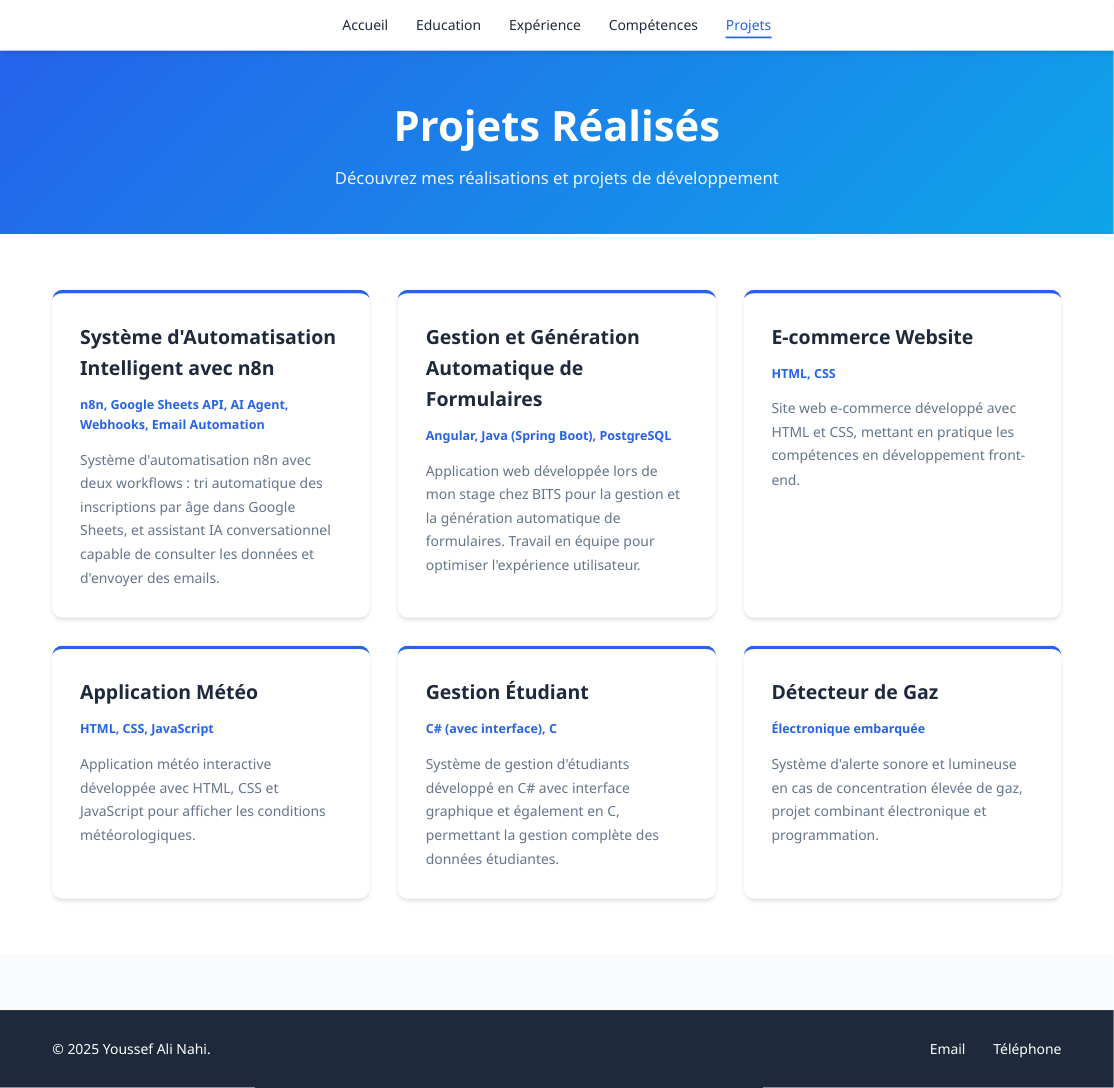
Repository: Youssef-Nahi504/My_Portfolio
Page: projets.html
The author's editor kept a copy of each file at every save. The page is drawn from the files as they stood at one save, then again after a run of saves.
The browser window is 1280 px wide. The pictures show the whole page, at 87% of full size.

Above is the page before, as saved 2025-12-19 18:44:39.

### projets.html
<!DOCTYPE html>
<html lang="fr">

<head>
    <meta charset="UTF-8">
    <meta name="viewport" content="width=device-width, initial-scale=1.0">
    <title>Projets - Youssef Ali Nahi</title>
    <link rel="stylesheet" href="style.css">
</head>

<body>
    <nav class="navbar">
        <div class="nav-container">
            <ul class="nav-menu">
                <li><a href="index.html">Accueil</a></li>
                <li><a href="Education.html">Education</a></li>
                <li><a href="experience.html">Expérience</a></li>
                <li><a href="competences.html">Compétences</a></li>
                <li><a href="projets.html" class="active">Projets</a></li>
            </ul>
            <div class="hamburger">
                <span></span>
                <span></span>
                <span></span>
            </div>
        </div>
    </nav>

    <main>
        <section class="page-header">
            <div class="container">
                <h1>Projets Réalisés</h1>
                <p>Découvrez mes réalisations et projets de développement</p>
            </div>
        </section>

        <section class="projects-section">
            <div class="container">
                <div class="projects-grid">
                    <div class="project-card">
                        <h3>Système d'Automatisation Intelligent avec n8n</h3>
                        <p class="project-tech">n8n, Google Sheets API, AI Agent, Webhooks, Email Automation</p>
                        <p class="project-description">
Système d'automatisation n8n avec deux workflows : tri automatique des inscriptions par âge dans Google Sheets, et assistant IA conversationnel capable de consulter les données et d'envoyer des emails.                        </p>
                    </div>

                    <div class="project-card">
                        <h3>Gestion et Génération Automatique de Formulaires</h3>
                        <p class="project-tech">Angular, Java (Spring Boot), PostgreSQL</p>
                        <p class="project-description">
                            Application web développée lors de mon stage chez BITS pour la gestion et la génération
                            automatique de formulaires. Travail en équipe pour optimiser l'expérience utilisateur.
                        </p>
                    </div>

                    <div class="project-card">
                        <h3>E-commerce Website</h3>
                        <p class="project-tech">HTML, CSS</p>
                        <p class="project-description">
                            Site web e-commerce développé avec HTML et CSS, mettant en pratique les compétences en
                            développement front-end.
                        </p>
                    </div>

                    <div class="project-card">
                        <h3>Application Météo</h3>
                        <p class="project-tech">HTML, CSS, JavaScript</p>
                        <p class="project-description">
                            Application météo interactive développée avec HTML, CSS et JavaScript pour afficher les
                            conditions météorologiques.
                        </p>
                    </div>

                    <div class="project-card">
                        <h3>Gestion Étudiant</h3>
                        <p class="project-tech">C# (avec interface), C</p>
                        <p class="project-description">
                            Système de gestion d'étudiants développé en C# avec interface graphique et également en C,
                            permettant la gestion complète des données étudiantes.
                        </p>
                    </div>

                    <div class="project-card">
                        <h3>Détecteur de Gaz</h3>
                        <p class="project-tech">Électronique embarquée</p>
                        <p class="project-description">
                            Système d'alerte sonore et lumineuse en cas de concentration élevée de gaz, projet combinant
                            électronique et programmation.
                        </p>
                    </div>
                </div>
            </div>
        </section>
    </main>

    <footer>
        <div class="container">
            <p>&copy; 2025 Youssef Ali Nahi.</p>
            <div class="footer-links">
                <a href="mailto:nahiyoussef02@gmail.com">Email</a>
                <a href="tel:+212619303473">Téléphone</a>
            </div>
        </div>
    </footer>

    <script src="file.js"></script>
</body>

</html>

### style.css
* {
    margin: 0;
    padding: 0;
    box-sizing: border-box;
}

:root {
    --primary-color: #2563eb;
    --primary-dark: #1e40af;
    --secondary-color: #64748b;
    --accent-color: #0ea5e9;
    --text-dark: #1e293b;
    --text-light: #64748b;
    --bg-light: #f8fafc;
    --bg-white: #ffffff;
    --border-color: #e2e8f0;
    --shadow: 0 4px 6px -1px rgba(0, 0, 0, 0.1), 0 2px 4px -1px rgba(0, 0, 0, 0.06);
    --shadow-lg: 0 10px 15px -3px rgba(0, 0, 0, 0.1), 0 4px 6px -2px rgba(0, 0, 0, 0.05);
}

body {
    font-family: 'Segoe UI', Tahoma, Geneva, Verdana, sans-serif;
    line-height: 1.6;
    color: var(--text-dark);
    background-color: var(--bg-light);
}

.container {
    max-width: 1200px;
    margin: 0 auto;
    padding: 0 20px;
}

/* Navigation */
.navbar {
    background: var(--bg-white);
    box-shadow: var(--shadow);
    position: sticky;
    top: 0;
    z-index: 1000;
    padding: 1rem 0;
}

.nav-container {
    max-width: 1200px;
    margin: 0 auto;
    padding: 0 20px;
    display: flex;
  justify-content: center; /* horizontal */
  align-items: center;
}

.logo {
    font-size: 1.5rem;
    font-weight: bold;
    color: var(--primary-color);
    letter-spacing: 2px;
}

.nav-menu {
    display: flex;
    list-style: none;
    gap: 2rem;
}

.nav-menu a {
    text-decoration: none;
    color: var(--text-dark);
    font-weight: 500;
    transition: color 0.3s ease;
    position: relative;
}

.nav-menu a:hover,
.nav-menu a.active {
    color: var(--primary-color);
}

.nav-menu a.active::after {
    content: '';
    position: absolute;
    bottom: -5px;
    left: 0;
    width: 100%;
    height: 2px;
    background: var(--primary-color);
}

.hamburger {
    display: none;
    flex-direction: column;
    cursor: pointer;
    gap: 4px;
}

.hamburger span {
    width: 25px;
    height: 3px;
    background: var(--text-dark);
    transition: all 0.3s ease;
}

/* Hero Section */
.hero {
    background: linear-gradient(135deg, var(--primary-color) 0%, var(--accent-color) 100%);
    color: white;
    padding: 4rem 0;
    min-height: 80vh;
    display: flex;
    align-items: center;
}

.hero-content {
    max-width: 1200px;
    margin: 0 auto;
    padding: 0 20px;
    display: grid;
    grid-template-columns: 1fr 1fr;
    gap: 3rem;
    align-items: center;
}

.hero-text h1 {
    font-size: 3rem;
    margin-bottom: 0.5rem;
    font-weight: 700;
}

.hero-text h2 {
    font-size: 1.5rem;
    margin-bottom: 1.5rem;
    opacity: 0.9;
    font-weight: 400;
}

.hero-subtitle {
    font-size: 1.1rem;
    margin-bottom: 2rem;
    opacity: 0.95;
    line-height: 1.8;
}

.hero-buttons {
    display: flex;
    gap: 1rem;
    flex-wrap: wrap;
}

.btn {
    padding: 0.75rem 2rem;
    border-radius: 8px;
    text-decoration: none;
    font-weight: 600;
    transition: all 0.3s ease;
    display: inline-block;
}

.btn-primary {
    background: white;
    color: var(--primary-color);
}

.btn-primary:hover {
    transform: translateY(-2px);
    box-shadow: var(--shadow-lg);
}

.btn-secondary {
    background: transparent;
    color: white;
    border: 2px solid white;
}

.btn-secondary:hover {
    background: white;
    color: var(--primary-color);
}

.profile-card {
    background: rgba(255, 255, 255, 0.1);
    backdrop-filter: blur(10px);
    border-radius: 16px;
    padding: 2rem;
    border: 1px solid rgba(255, 255, 255, 0.2);
}

.profile-info p {
    margin-bottom: 1rem;
    font-size: 1rem;
}

.profile-info strong {
    display: inline-block;
    width: 140px;
}

/* About Section */
.about {
    padding: 4rem 0;
    background: var(--bg-white);
}

.section-title {
    font-size: 2.5rem;
    margin-bottom: 2rem;
    text-align: center;
    color: var(--text-dark);
}

.about-content {
    max-width: 800px;
    margin: 0 auto 3rem;
    text-align: center;
}

.about-content p {
    font-size: 1.1rem;
    color: var(--text-light);
    margin-bottom: 1.5rem;
    line-height: 1.8;
}

.quick-links {
    display: grid;
    grid-template-columns: repeat(auto-fit, minmax(250px, 1fr));
    gap: 2rem;
    margin-top: 3rem;
}

.quick-link-card {
    background: var(--bg-white);
    padding: 2rem;
    border-radius: 12px;
    text-decoration: none;
    color: var(--text-dark);
    box-shadow: var(--shadow);
    transition: all 0.3s ease;
    border: 2px solid transparent;
}

.quick-link-card:hover {
    transform: translateY(-5px);
    box-shadow: var(--shadow-lg);
    border-color: var(--primary-color);
}

.quick-link-card h3 {
    color: var(--primary-color);
    margin-bottom: 0.5rem;
    font-size: 1.5rem;
}

.quick-link-card p {
    color: var(--text-light);
}

/* Page Header */
.page-header {
    background: linear-gradient(135deg, var(--primary-color) 0%, var(--accent-color) 100%);
    color: white;
    padding: 3rem 0;
    text-align: center;
}

.page-header h1 {
    font-size: 3rem;
    margin-bottom: 0.5rem;
}

.page-header p {
    font-size: 1.2rem;
    opacity: 0.9;
}

/* Experience Section */
.experience-section {
    padding: 4rem 0;
    background: var(--bg-white);
}

.timeline {
    position: relative;
    max-width: 900px;
    margin: 0 auto;
    padding: 2rem 0;
}

.timeline::before {
    content: '';
    position: absolute;
    left: 30px;
    top: 0;
    bottom: 0;
    width: 2px;
    background: var(--border-color);
}

.timeline-item {
    position: relative;
    margin-bottom: 3rem;
    padding-left: 80px;
}

.timeline-marker {
    position: absolute;
    left: 22px;
    top: 0;
    width: 16px;
    height: 16px;
    border-radius: 50%;
    background: var(--primary-color);
    border: 4px solid var(--bg-white);
    box-shadow: var(--shadow);
}

.timeline-content {
    background: var(--bg-white);
    padding: 2rem;
    border-radius: 12px;
    box-shadow: var(--shadow);
    transition: all 0.3s ease;
}

.timeline-content:hover {
    box-shadow: var(--shadow-lg);
    transform: translateX(5px);
}

.timeline-date {
    color: var(--primary-color);
    font-weight: 600;
    margin-bottom: 0.5rem;
    font-size: 0.9rem;
}

.timeline-content h3 {
    color: var(--text-dark);
    margin-bottom: 0.25rem;
    font-size: 1.5rem;
}

.timeline-content h4 {
    color: var(--text-light);
    margin-bottom: 1rem;
    font-weight: 500;
}

.timeline-content ul {
    list-style: none;
    padding-left: 0;
}

.timeline-content li {
    padding-left: 1.5rem;
    position: relative;
    margin-bottom: 0.5rem;
    color: var(--text-light);
}

.timeline-content li::before {
    content: '▸';
    position: absolute;
    left: 0;
    color: var(--primary-color);
}

/* Education Section */
.education-section {
    padding: 4rem 0;
    background: var(--bg-light);
}

.education-grid {
    display: grid;
    grid-template-columns: repeat(auto-fit, minmax(300px, 1fr));
    gap: 2rem;
    max-width: 900px;
    margin: 0 auto;
}

.education-card {
    background: var(--bg-white);
    padding: 2rem;
    border-radius: 12px;
    box-shadow: var(--shadow);
    transition: all 0.3s ease;
    border-top: 4px solid var(--primary-color);
}

.education-card:hover {
    transform: translateY(-5px);
    box-shadow: var(--shadow-lg);
}

.education-year {
    color: var(--primary-color);
    font-weight: 600;
    margin-bottom: 1rem;
    font-size: 0.9rem;
}

.education-card h3 {
    color: var(--text-dark);
    margin-bottom: 0.5rem;
    font-size: 1.3rem;
}

.education-card h4 {
    color: var(--text-light);
    margin-bottom: 1rem;
    font-weight: 500;
}

.education-institution {
    color: var(--text-light);
    font-style: italic;
}

/* Skills Section */
.skills-section {
    padding: 4rem 0;
    background: var(--bg-white);
}

.skills-category {
    margin-bottom: 4rem;
}

.category-title {
    font-size: 2rem;
    margin-bottom: 2rem;
    color: var(--text-dark);
    text-align: center;
}

.skills-grid {
    display: grid;
    grid-template-columns: repeat(auto-fit, minmax(250px, 1fr));
    gap: 2rem;
}

.skill-group {
    background: var(--bg-light);
    padding: 1.5rem;
    border-radius: 12px;
    border-top: 4px solid var(--primary-color);
}

.skill-group h3 {
    color: var(--text-dark);
    margin-bottom: 1rem;
    font-size: 1.2rem;
}

.skill-tags {
    display: flex;
    flex-wrap: wrap;
    gap: 0.5rem;
}

.skill-tag {
    background: var(--accent-color);
    color: white;
    padding: 0.5rem 1rem;
    border-radius: 20px;
    font-size: 0.9rem;
    font-weight: 500;
}

.soft-skills-grid {
    display: grid;
    grid-template-columns: repeat(auto-fit, minmax(200px, 1fr));
    gap: 1.5rem;
}

.soft-skill-card {
    background: linear-gradient(135deg, var(--primary-color) 0%, var(--accent-color) 100%);
    color: white;
    padding: 2rem;
    border-radius: 12px;
    text-align: center;
    transition: all 0.3s ease;
}

.soft-skill-card:hover {
    transform: translateY(-5px);
    box-shadow: var(--shadow-lg);
}

.soft-skill-card h3 {
    font-size: 1.2rem;
}

.languages-grid,
.interests-grid {
    display: grid;
    grid-template-columns: repeat(auto-fit, minmax(200px, 1fr));
    gap: 1.5rem;
}

.language-card,
.interest-card {
    background: var(--bg-white);
    padding: 2rem;
    border-radius: 12px;
    box-shadow: var(--shadow);
    text-align: center;
    transition: all 0.3s ease;
    border-top: 4px solid var(--primary-color);
}

.language-card:hover,
.interest-card:hover {
    transform: translateY(-5px);
    box-shadow: var(--shadow-lg);
}

.language-card h3,
.interest-card h3 {
    color: var(--text-dark);
    margin-bottom: 0.5rem;
    font-size: 1.3rem;
}

.language-card p {
    color: var(--text-light);
    font-weight: 500;
}

/* Projects Section */
.projects-section {
    padding: 4rem 0;
    background: var(--bg-white);
}

.projects-grid {
    display: grid;
    grid-template-columns: repeat(auto-fit, minmax(300px, 1fr));
    gap: 2rem;
}

.project-card {
    background: var(--bg-white);
    padding: 2rem;
    border-radius: 12px;
    box-shadow: var(--shadow);
    transition: all 0.3s ease;
    border-top: 4px solid var(--primary-color);
    position: relative;
}

.project-badge {
    position: absolute;
    top: 1rem;
    right: 1rem;
    background: linear-gradient(135deg, var(--primary-color) 0%, var(--accent-color) 100%);
    color: white;
    padding: 0.4rem 0.8rem;
    border-radius: 20px;
    font-size: 0.75rem;
    font-weight: 600;
    text-transform: uppercase;
    letter-spacing: 0.5px;
}

.project-card:hover {
    transform: translateY(-5px);
    box-shadow: var(--shadow-lg);
}

.project-icon {
    font-size: 3rem;
    margin-bottom: 1rem;
}

.project-card h3 {
    color: var(--text-dark);
    margin-bottom: 0.75rem;
    font-size: 1.4rem;
}

.project-tech {
    color: var(--primary-color);
    font-weight: 600;
    margin-bottom: 1rem;
    font-size: 0.9rem;
}

.project-description {
    color: var(--text-light);
    line-height: 1.7;
}

/* Footer */
footer {
    background: var(--text-dark);
    color: white;
    padding: 2rem 0;
    margin-top: 4rem;
}

footer .container {
    display: flex;
    justify-content: space-between;
    align-items: center;
    flex-wrap: wrap;
    gap: 1rem;
}

.footer-links {
    display: flex;
    gap: 2rem;
}

.footer-links a {
    color: white;
    text-decoration: none;
    transition: color 0.3s ease;
}

.footer-links a:hover {
    color: var(--accent-color);
}

/* Responsive Design */
@media (max-width: 768px) {
    .hamburger {
        display: flex;
    }

    .nav-menu {
        position: fixed;
        left: -100%;
        top: 70px;
        flex-direction: column;
        background: var(--bg-white);
        width: 100%;
        text-align: center;
        transition: 0.3s;
        box-shadow: var(--shadow);
        padding: 2rem 0;
        gap: 0;
    }

    .nav-menu.active {
        left: 0;
    }

    .nav-menu li {
        margin: 1rem 0;
    }

    .hero-content {
        grid-template-columns: 1fr;
        text-align: center;
    }

    .hero-text h1 {
        font-size: 2rem;
    }

    .hero-text h2 {
        font-size: 1.2rem;
    }

    .section-title {
        font-size: 2rem;
    }

    .page-header h1 {
        font-size: 2rem;
    }

    .timeline::before {
        left: 15px;
    }

    .timeline-item {
        padding-left: 50px;
    }

    .timeline-marker {
        left: 7px;
    }

    .quick-links {
        grid-template-columns: 1fr;
    }

    footer .container {
        flex-direction: column;
        text-align: center;
    }
}

@media (max-width: 480px) {
    .hero {
        padding: 2rem 0;
        min-height: auto;
    }

    .hero-text h1 {
        font-size: 1.5rem;
    }

    .btn {
        padding: 0.6rem 1.5rem;
        font-size: 0.9rem;
    }

    .projects-grid,
    .education-grid {
        grid-template-columns: 1fr;
    }
}

### file.js
// Mobile Navigation Toggle
const hamburger = document.querySelector('.hamburger');
const navMenu = document.querySelector('.nav-menu');

if (hamburger && navMenu) {
    hamburger.addEventListener('click', () => {
        navMenu.classList.toggle('active');

        // Animate hamburger
        const spans = hamburger.querySelectorAll('span');
        if (navMenu.classList.contains('active')) {
            spans[0].style.transform = 'rotate(45deg) translate(5px, 5px)';
            spans[1].style.opacity = '0';
            spans[2].style.transform = 'rotate(-45deg) translate(7px, -6px)';
        } else {
            spans[0].style.transform = 'none';
            spans[1].style.opacity = '1';
            spans[2].style.transform = 'none';
        }
    });

    // Close menu when clicking on a link
    document.querySelectorAll('.nav-menu a').forEach(link => {
        link.addEventListener('click', () => {
            navMenu.classList.remove('active');
            const spans = hamburger.querySelectorAll('span');
            spans[0].style.transform = 'none';
            spans[1].style.opacity = '1';
            spans[2].style.transform = 'none';
        });
    });

    // Close menu when clicking outside
    document.addEventListener('click', (e) => {
        if (!hamburger.contains(e.target) && !navMenu.contains(e.target)) {
            navMenu.classList.remove('active');
            const spans = hamburger.querySelectorAll('span');
            spans[0].style.transform = 'none';
            spans[1].style.opacity = '1';
            spans[2].style.transform = 'none';
        }
    });
}

// Smooth scroll for anchor links
document.querySelectorAll('a[href^="#"]').forEach(anchor => {
    anchor.addEventListener('click', function (e) {
        e.preventDefault();
        const target = document.querySelector(this.getAttribute('href'));
        if (target) {
            target.scrollIntoView({
                behavior: 'smooth',
                block: 'start'
            });
        }
    });
});

// Add scroll animation
const observerOptions = {
    threshold: 0.1,
    rootMargin: '0px 0px -50px 0px'
};

const observer = new IntersectionObserver((entries) => {
    entries.forEach(entry => {
        if (entry.isIntersecting) {
            entry.target.style.opacity = '1';
            entry.target.style.transform = 'translateY(0)';
        }
    });
}, observerOptions);

// Observe elements for animation
document.addEventListener('DOMContentLoaded', () => {
    const animateElements = document.querySelectorAll('.project-card, .education-card, .timeline-item, .skill-group, .soft-skill-card, .language-card, .interest-card, .quick-link-card');

    animateElements.forEach(el => {
        el.style.opacity = '0';
        el.style.transform = 'translateY(20px)';
        el.style.transition = 'opacity 0.6s ease, transform 0.6s ease';
        observer.observe(el);
    });
});

// Add active page highlighting
document.addEventListener('DOMContentLoaded', () => {
    const currentPage = window.location.pathname.split('/').pop() || 'index.html';
    const navLinks = document.querySelectorAll('.nav-menu a');

    navLinks.forEach(link => {
        const linkPage = link.getAttribute('href');
        if (linkPage === currentPage || (currentPage === '' && linkPage === 'index.html')) {
            link.classList.add('active');
        } else {
            link.classList.remove('active');
        }
    });
});

After the next 2 saves:
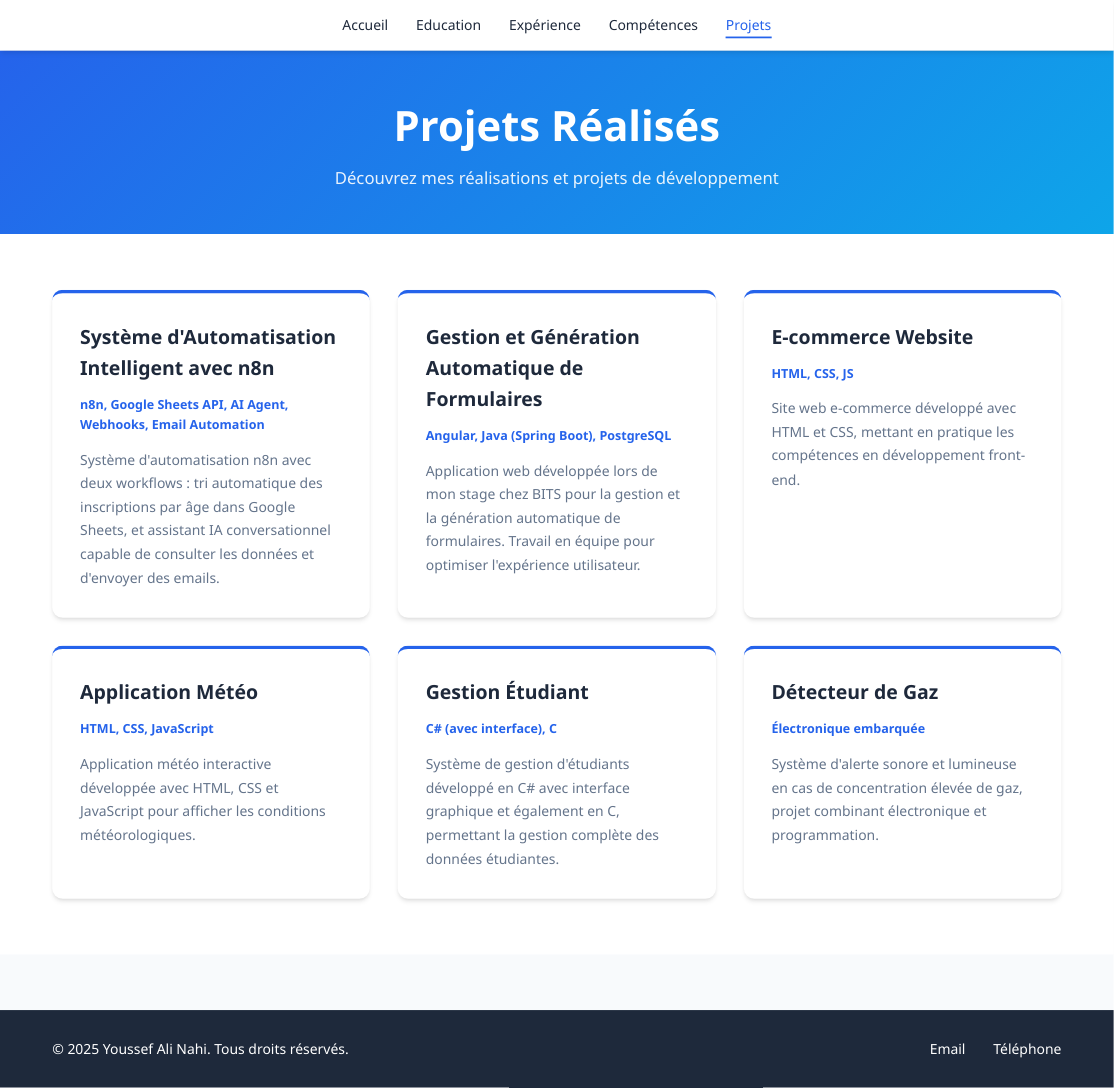
The 2 saves are shown as one change because they came seconds apart.
The last was saved 118 s later.
--- a/projets.html
+++ b/projets.html
@@ -55,7 +55,7 @@ Système d'automatisation n8n avec deux workflows : tri automatique des inscript
 
                     <div class="project-card">
                         <h3>E-commerce Website</h3>
-                        <p class="project-tech">HTML, CSS</p>
+                        <p class="project-tech">HTML, CSS, JS</p>
                         <p class="project-description">
                             Site web e-commerce développé avec HTML et CSS, mettant en pratique les compétences en
                             développement front-end.
@@ -95,7 +95,7 @@ Système d'automatisation n8n avec deux workflows : tri automatique des inscript
 
     <footer>
         <div class="container">
-            <p>&copy; 2025 Youssef Ali Nahi.</p>
+            <p>&copy; 2025 Youssef Ali Nahi. Tous droits réservés.</p>
             <div class="footer-links">
                 <a href="mailto:nahiyoussef02@gmail.com">Email</a>
                 <a href="tel:+212619303473">Téléphone</a>
